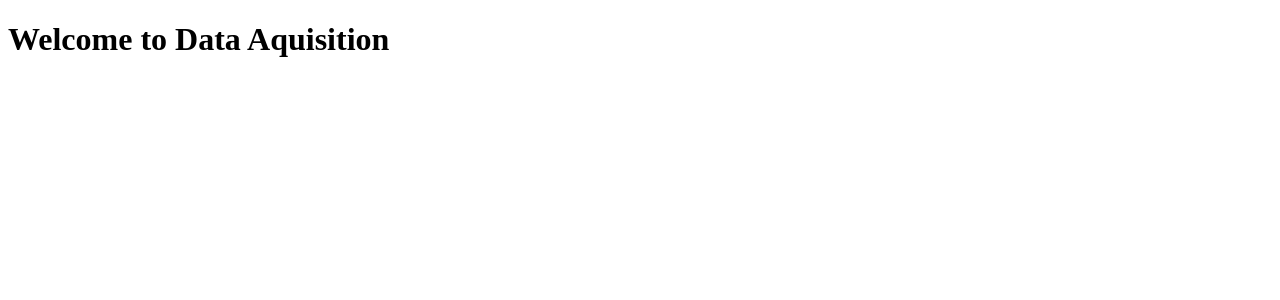
Repository: randy918/good-naked-beginning
Page: index.html
The author's editor kept a copy of each file at every save. The page is drawn from the files as they stood at one save, then again after a run of saves.
The browser window is 1280 px wide. The pictures show the whole page.
The style sheet was rebuilt from its Sass, Less or Tailwind sources for each picture, by a compiler version that may differ from the author's.

Above is the page before, as saved 2023-01-01 14:49:32.

### index.html
<!DOCTYPE html>
<html lang="en">

    <head>
        <meta charset="UTF-8">
        <meta http-equiv="X-UA-Compatible" content="IE=edge">
        <meta name="viewport" content="width=device-width, initial-scale=1.0">
        <link rel="stylesheet" href="css/main.css"
        <script src="https://ajax.googleapis.com/ajax/libs/jquery/3.6.3/jquery.min.js" defer></script>
        <script src="./js/myfunctions.js"></script>
        <!-- Include Handlebars from a CDN -->
        <script src="https://cdn.jsdelivr.net/npm/handlebars@latest/dist/handlebars.js"></script>
        <script>
            // compile the template
            var template = Handlebars.compile("Handlebars <b>{{doesWhat}}</b>");
            // execute the compiled template and print the output to the console
            console.log(template({ doesWhat: "rocks!" }));
        </script>



        <title>Movie App Esterling</title>
    </head>

    <body>



        <div class="container"></div>
<h1>Welcome to Data Aquisition</h1>

        <script src="js/key.js"></script>
        <script src="js/index.js"></script>

    </body>

</html>

<!-- ca1f26ba6eb2ba4fb641257b39d3bea7 -->

### js/myfunctions.js
//todo   function a(toAlert)
//todo   function c(toConsole)
//todo   function cr(toConsole)
//todo   function r(min, max)  Random integers, can be just 'max'
//todo   function getTime()--works! it is 72519.1414 format
//todo   function getCompleteDate()
//todo   function getMinute()
//todo   function getHour()
//todo   function getHour00()
//todo   function get24Hour()
//todo   function get24Hour00()
//todo   function getDay()
//todo   function getDay00()
//todo   function getMonth()
//todo   function getMonth00()
//todo   function getYear()
//todo   function getYear00()
//todo   function t()    eternal timestamp long number
//todo   function placeText(myIdClass, text)   unsure if it works?
//todo   function placeText2(myIdClass, text)   unsure if it works?
//todo   function getText(myIdClass)....brings whole line incl. tags
//todo   function getInnerText(myIdClass)
//todo   function getOuterText(myIdClass)
//todo   function addClass(myIdClass, newClass)
//todo   function removeClass(myIdClass, removeClass)
//todo   function changeBackgroundColor(myIdClass, color)
//todo   function changeTypeColor(myIdClass, color)
//todo   function changeTypeSize(myIdClass, size)
//todo   function addCSSText(myIdClass, text)

function a(toAlert) {
  alert(toAlert);
}

function c(toConsole) {
  console.log(toConsole);
}
function cw(toConsole) {
  console.warn(toConsole);
}
function ce(toConsole) {
  console.error(toConsole);
}

function cr(toConsole) {
  var styles = [
    // 'font-size: 30px',
    "color: red",
  ].join(";");
  console.log(`%c` + toConsole, styles);
}

function r(min, max) {
  // 2.0, accepts single value for 1-x
  if (max === undefined) {
    max = min;
    min = 1;
  }
  const randomNumber = min - 1 + Math.ceil(Math.random() * (max + 1 - min));
  return randomNumber;
}
// may not be a real function
function getTime() {
  var today = new Date();
  var codeMonth = today.getMonth() + 1;
  var codeDay = today.getDate();
  if (codeDay < 10) {
    codeDay = "0" + codeDay;
  }
  var codeMinute = today.getMinutes();
  var codeHour = today.getHours();
  if (codeMinute < 10) {
    codeMinute = "0" + codeMinute;
  }
  if (codeHour < 10) {
    codeHour = "0" + codeHour;
  }
  var codeYear = today.getFullYear() - 2000;
  var dateTime =
    codeMonth + "" + codeDay + "" + codeYear + "." + codeHour + "" + codeMinute;
  // document.getElementById(`timeStamp`).innerHTML = dateTime;
  t = setTimeout(function () {
    getTime();
  }, 30000);
  return dateTime;
}

function getCompleteDate() {
  const today = new Date();
  return today;
}

function getMinute() {
  const today = new Date();
  const codeMinute = today.getMinutes();
  if (codeMinute < 10) {
    codeMinute = "0" + codeMinute;
  }
  return codeMinute;
}

function getMinute00() {
  const today = new Date();
  let codeMinute = today.getMinutes();
  if (codeMinute < 10) {
    codeMinute = "0" + codeMinute;
  }
  return codeMinute;
}

function getHour() {
  const today = new Date();
  let codeHour = today.getHours();
  if (codeHour > 12) {
    codeHour = codeHour - 12;
  }
  return codeHour;
}

function getAmPm() {
  let amPm = "am";
  const today = new Date();
  let codeHour = today.getHours();
  if (codeHour > 12) {
    amPm = "pm";
  }
  return amPm;
}

function getHour00() {
  const today = new Date();
  const codeHour = today.getHours();
  if (codeHour > 12) {
    codeHour = codeHour - 12;
  }
  if (codeHour < 10) {
    codeHour = "0" + codeHour;
  }
  return codeHour;
}

function get24Hour() {
  const today = new Date();
  const codeHour = today.getHours();
  return codeHour;
}

function get24Hour00() {
  const today = new Date();
  const codeHour = today.getHours();
  if (codeHour < 10) {
    codeHour = "0" + codeHour;
  }
  return codeHour;
}

function getDayVerbal() {
  const today = new Date();
  const codeDay = today.getDay() + 1;
  return theDay[codeDay];
}

function getDay00() {
  const today = new Date();
  const codeDay = today.getDate();
  if (codeDay < 10) {
    codeDay = "0" + codeDay;
  }
  return codeDay;
}

function getDay() {
  const today = new Date();
  const codeDay = today.getDate();
  return codeDay;
}

function getMonthVerbal() {
  const today = new Date();
  const codeMonth = today.getMonth() + 1;
  return theMonth[codeMonth];
}

function getMonth00() {
  const today = new Date();
  const codeMonth = today.getMonth() + 1;
  if (codeMonth < 10) {
    codeMonth = "0" + codeMonth;
  }
  return codeMonth;
}

function getMonth() {
  const today = new Date();
  const codeMonth = today.getMonth() + 1;
  return codeMonth;
}

function getYear00() {
  const today = new Date();
  const codeYear = today.getYear() - 100;
  if (codeYear < 10) {
    codeMYear = "0" + codeYear;
  }
  return codeYear;
}

function getYear() {
  const today = new Date();
  const codeYear = today.getYear() + 1900;
  return codeYear;
}

function t() {
  const now = new Date();
  eventTimestamp = now.getTime();
  // c(eventTimestamp);
  return eventTimestamp;
}
//    !  72419.1659 DOM MANIPULATION
//!
//!  placeText   element name, and text to put there--runs loosely?

function placeText(myIdClass, text) {
  const myElement = document.querySelector(myIdClass);
  myElement.innerText = text;
}
//    the function is longer than the original
// $(myIdClass).text(text)   <---works
function placeText2(myIdClass, text) {
  $(myIdClass).text(text);
}
function getText(myIdClass) {
  return document.querySelector(myIdClass);
}

function getInnerText(myIdClass) {
  return document.querySelector(myIdClass).innerHTML;
}

function getOuterText(myIdClass) {
  return document.querySelector(myIdClass).outerHTML;
}

function addClass(myIdClass, newClass) {
  document.querySelector(myIdClass).classList.add(newClass);
}

function removeClass(myIdClass, removeClass) {
  document.querySelector(myIdClass).classList.remove(removeClass);
}
// not sure what this one is for now
function containsClass(myIdClass, containsClass) {
  document.querySelector(myIdClass).classList.contains(containsClass);
}
// above, can switch and toggle  also  mmtuts YOUTUBE 29-31 USING JAVASCRIPT
function changeBackgroundColor(myId, color) {
  document.getElementById(myId).style.background = color;

  // document.querySelector(myIdClass).style.backgroundColor = color;
}

function changeTypeColor(myIdClass, color) {
  document.querySelector(myIdClass).style.color = color;
}

function changeTypeSize(myIdClass, size) {
  document.querySelector(myIdClass).style.fontSize = size;
}

function addCSSText(myIdClass, text) {
  document.querySelector(myIdClass).style.cssText = text;
}

//!  72519.1714    Common Basic VARIABLE ARRAYS
var theDay = new Array(
  "Zero",
  "Sunday",
  "Monday",
  "Tuesday",
  "Wednesday",
  "Thursday",
  "Friday",
  "Saturday"
);
var theDayMin3 = new Array(
  "Zero",
  "Sun.",
  "Mon.",
  "Tues.",
  "Wed.",
  "Thurs.",
  "Fri.",
  "Sat."
);
var theDayMin2 = new Array("Zero", "S", "M", "Tu", "W", "Th", "F", "S");
var theDayMin1 = new Array("Zero", "S", "M", "T", "W", "T", "F", "S");
var theMonth = new Array(
  "Zero",
  "January",
  "February",
  "March",
  "April",
  "May",
  "June",
  "July",
  "August",
  "September",
  "October",
  "November",
  "December"
);
var theMonthMin = new Array(
  "Zero",
  "Jan.",
  "Feb.",
  "Mar.",
  "Apr.",
  "May",
  "June",
  "July",
  "Aug.",
  "Sept.",
  "Oct.",
  "Nov.",
  "Dec."
);

function showDateTimeFormat() {
  const today = new Date();
  const formattedDate = new Intl.DateTimeFormat("en-US").format(today);
  const consoleFunctioningMessage = `
Console functioning: ${getDayVerbal()}, ${getMonthVerbal()} ${getDay()} at ${getHour()}:${getMinute00()}${getAmPm()}
  `;
  return consoleFunctioningMessage;
}
showDateTimeFormat();

console.log(`%c${showDateTimeFormat()}`, "font-size: 20px; color: gray");

//console.log("%cThis is a default font style", "color: blue; font-size: 20px");

### js/key.js
const APIKEY = "ca1f26ba6eb2ba4fb641257b39d3bea7";

### js/index.js
//!  121822.0830        VARIABLES



//!  121822.0826        FUNCTIONS

const init = function () {
  main();
};


window.onload = function () {
    init();
};



//!  123122.1839        MAIN

const main = function () {

console.log('jhello');


};


//!  123122.1839        END

### css/main.scss
body {

background: cream;

}

After the next 2 saves:
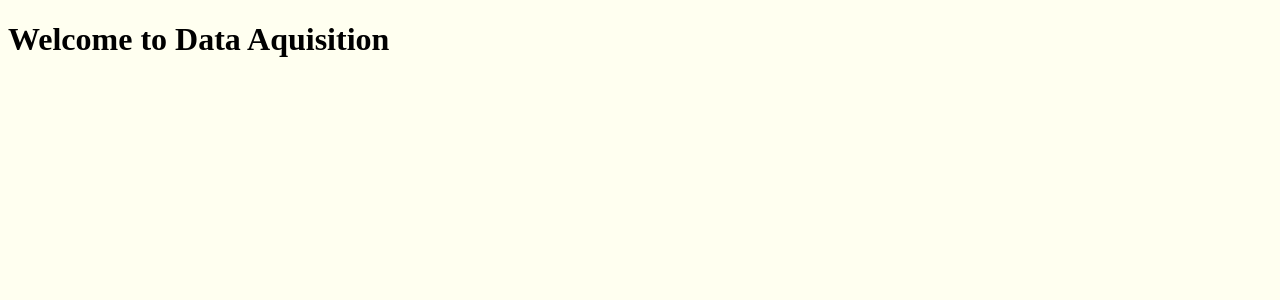
The 2 saves are shown as one change because they came seconds apart.
The last was saved 6 s later.
--- a/css/main.scss
+++ b/css/main.scss
@@ -1,5 +1,5 @@
 body {
 
-background: cream;
+background: ivory;
 
 }
